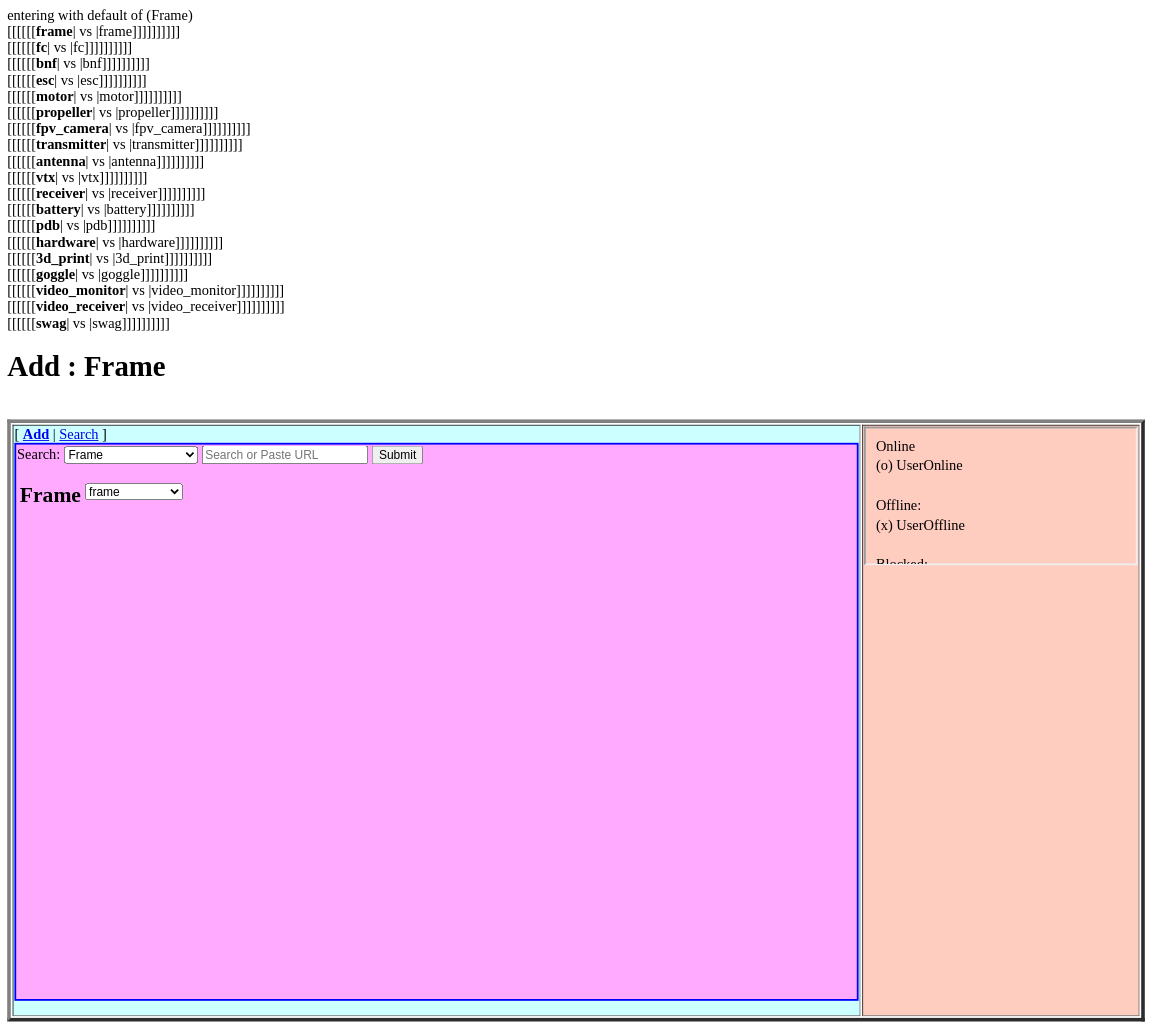
Repository: nevinleiby/SwapRC
Page: http://localhost/add_interface.php
These files come from the project's save history. The page is drawn as it stood at one moment and after the next save; the edit follows.
The browser window is 1280 px wide. The pictures show the whole page, at 90% of full size.
The page is run by PHP 8.4 with error messages shown; the project is at /var/www/html/. Queries for data that is not in the repository find no rows.

Above is the page before, as saved 2019-09-09 12:08:41.
Console error (its wording comes from the project's code and is left out).

### add_interface.php
<?php
    require_once 'login_cobalt.php';
    $connection = new mysqli($hn, $un, $pw, $db);
    if ($connection->connect_error) die ("Fatal Error");

    //$categories =    array (
    //        'frame',
    //        'fc',
    //        'bnf',
    //        'esc',
    //        'motor',
    //        'propeller',
    //    'fpv_camera',
    //    'transmitter',
    //    'antenna',
    //    'vtx',
    //    'receiver',
    //    'battery',
    //    'pdb',
    //    'hardware',
    //    '3d_print',
    //    'goggle',
    //    'video_monitor',
    //    'video_receiver',
    //    'swag'
    //);


    // Define categories:
    $categories =    [
        'frame' => 'frame',
        'fc' => 'fc',
        'bnf' => 'bnf',
        'esc' => 'esc',
        'motor' => 'motor',
        'propeller' => 'propeller',
        'fpv_camera' => 'fpv_camera',
        'transmitter' => 'transmitter',
        'antenna' => 'antenna',
        'vtx' => 'vtx',
        'receiver' => 'receiver',
        'battery' => 'battery',
        'pdb' => 'pdb',
        'hardware' => 'hardware',
        '3d_print' => '3d_print',
        'goggle' => 'goggle',
        'video_monitor' => 'video_monitor',
        'video_receiver' => 'video_receiver',
        'swag' => 'swag'   ,
    ];


    //echo '==================' . isset($_POST['category']) . '=================<br>';
    if (isset($_POST['category']))
    {
        $q_category = $_POST['category'];
        $q_category = strip_tags($q_category);

        switch ($q_category)
        {
            case "frame":
                $table_name = 'frame';
                break;
            case "fc":
                $table_name = 'fc';
                break;
            case "bnf":
                $table_name = 'bnf';
                break;
            case "esc":
                $table_name = 'esc';
                break;
            case "motor":
                $table_name = 'motor';
                break;
            case "propeller":
                $table_name = 'propeller';
                break;
            case "fpv_camera":
                $table_name = 'fpv_camera';
                break;
            case "transmitter":
                $table_name = 'transmitter';
                break;
            case "antenna":
                $table_name = 'antenna';
                break;
            case "vtx":
                $table_name = 'vtx';
                break;
            case "receiver":
                $table_name = 'receiver';
                break;
            case "battery":
                $table_name = 'battery';
                break;
            case "pdb":
                $table_name = 'pdb';
                break;
            case "hardware":
                $table_name = 'hardware';
                break;
            case "3d_print":
                $table_name = '3d_print';
                break;
            case "goggle":
                $table_name = 'goggle';
                break;
            case "3d_print":
                $table_name = '3d_print';
                break;
            case "video_monitor":
                $table_name = 'video_monitor';
                break;
            case "video_receiver":
                $table_name = 'video_receiver';
                break;
            case "swag":
                $table_name = 'swag';
                break;
            default:
                $table_name = 'frame';
                break;
        }
    }
    else
    {
        $table_name = 'frame';
    }
    $category = ucfirst ($table_name);

    //echo '--------------9' . $table_name . '9---------------<br>';


    $query = "SELECT * FROM $table_name";
    $result = $connection->query($query);

    if (! $result) die ("Fatal Error");
    $number_of_rows = $result->num_rows;
    //echo "((($row)))<br>";


    //echo "<br><br>STARTING DATA EXTRACTION [<br>";


    // Step through each result:
    //for ($j = 0; $j < $rows ; ++$j)
    //{
    //   $result->data_seek($j);
    //    //echo .htmlspecialchars ($result->fetch_assoc()['test']) . '<br>';
    //    echo "((" . htmlspecialchars($result->fetch_assoc()['frequency']) . '))<br>';
    //    $result->data_seek($j);
    //    echo "((" . htmlspecialchars($result->fetch_assoc()['number_of_channels']) . '))<br>';
    //}


    //// Step through each result:
    for ($j = 0; $j < $number_of_rows ; ++$j)
    {
        $row = $result->fetch_array(MYSQLI_NUM);

        //echo "((" . htmlspecialchars($row['frequency']) . '))<br>';
        //echo print_f($row);
        for ($item = 0; $item < 10; ++$item)
        {
            echo "Item $item: " . htmlspecialchars($row[$item]) . "<br>\n";
        }

    }
    //echo "]ENDED EXTRACTION<br>";



    /////////////////////////////////////////////////////////////////////////////////////////////////////////////
    /////////////////////////////////////////////////////////////////////////////////////////////////////////////
    /////////////////////////////////////////////////////////////////////////////////////////////////////////////

    //////////////////////////////
    // TRY TO GET TABLE COLUMNS
    //    https://www.codexworld.com/how-to/get-column-names-from-table-in-mysql-php/
    //
    // Ultimately worked by following:
    //    https://stackoverflow.com/questions/4165195/mysql-query-to-get-column-names/4165253
    /////////////////////////////


    // Query to get columns from table
    //$result = $connection->query("SELECT COLUMN_NAME FROM INFORMATION_SCHEMA.COLUMNS WHERE TABLE_SCHEMA = '$db' AND TABLE_NAME = '$table_name'");

    // single column name:
    //$next_row = $result->fetch_assoc();
    //echo $next_row;

    //$next_row = $result->fetch_assoc();
    //echo "<br>ROW: |$next_row|<br>";
    //foreach ($next_row as $column_name)

    //only grabs the first column name:
    //foreach ($next_row = $result->fetch_assoc() as $column_name)
    //{
    //    //$result[] = $next_row;
    //    echo "<br>ROW: |$next_row|[$column_name]<br>";
    //    foreach ($next_row as $column_name_item)
    //    {
    //        echo "-----|$column_name_item|----<br>";
    //    }
    //}

    // Only selects the first column name:
    //foreach ($next_row = $result->fetch_assoc() as $column_name)
    //{
    //    $columns[] = $next_row;
    //    echo "<br>=|$next_row|=<br>";
    //    echo "<br>=|" . $columns[0] . "|=<br>";
    //    print_r ($columns);

    //    // Still grabs only first column name:
    //    //foreach ($columns as $column_name)
    //    //{
    //    //    echo "-=|$column_name|=-<br>";
    //    //}

    //   for ($column_number = 0; $column_number <= 2; $column_number++)
    //    {
    //        echo "====*" . $columns[$column_number] . "*======<br>";
    //    }
    //}


    ///////////// WORKS!!!!!!!!!!!!!!!!!!!!!!!!!!!!
    /// https://stackoverflow.com/questions/4165195/mysql-query-to-get-column-names/4165253
    //$sql = "SHOW COLUMNS FROM $table_name";
    //$result = mysqli_query($connection,$sql);
    //while($row = mysqli_fetch_array($result)){
    //    echo $row['Field']."<br>";
    //}


    // Grab each column name:
    //     (likely could be optomized by INFORMATION_SCHEMA.COLUMNS WHERE TABLE_SCHEMA methology)
    //
    // WORKS!!!!!
    /// https://stackoverflow.com/questions/4165195/mysql-query-to-get-column-names/4165253

    $query = "SHOW COLUMNS FROM $table_name";
    $result = $connection->query($query);

    $search_input_text = '';
    while($row = mysqli_fetch_array($result))
    {
        //echo $row['Field']."<br>";
        //echo '<input onClick="this.select();" type=text name="' . $row['Field'] . '" placeholder="' . $row['Field'] . '"><br>';
        $search_input_text .= '<input onClick="this.select();" type=text name="' . $row['Field'] . '" placeholder="' . $row['Field'] . '"><br>';
    }


    // Read all of the column names:
    //foreach ($next_row = $result->fetch_assoc())
    //{
    //    echo $next_row;
    //}


    //while ($next_row = $result->fetch_assoc())
    //{
    //    $result[] = $next_row;
    //    echo $next_row;
    //}

    // Array of all column names
    //$columnArr = array_column($result, 'COLUMN_NAME');

    /////////////////////////////////////////////////////////////////////////////////////////////////////////////
    /////////////////////////////////////////////////////////////////////////////////////////////////////////////
    /////////////////////////////////////////////////////////////////////////////////////////////////////////////


    // Now generate the available options:
    $select_options_text = select_item($category, $categories);






    $result->close();
    $connection->close();

    ///////////////////////////////////
    // Function definitions
    ///////////////////////////////////
    function get_post ($connection, $var)
    {
        return $connection->real_escape_string($_POST[$var]);
    }


    function select_item ($category, &$categories)
    {

            //echo "category=($category), categories=(" . $categories['vtx'] . ')<br>';
            echo "entering with default of ($category)";

            $return_text = '';
            //foreach ($categories as &$curr_category)
            //for ($i = 0; $i <= $categories; $i++)
            //for ($i = 0; $i <= 2; $i++)
            foreach ($categories as $curr_category)
            {

                $curr_category = $categories[$curr_category];

                //$curr_category = $categories[$i];
                //echo '[[[[' . $categories[2] . ']]]';
                echo '<br>[[[[[[<b>' . $curr_category . '</b>| vs |' . $categories[$curr_category] . ']]]]]]]]]]';

                $return_text .= '<option value = "' . $curr_category . '"';

                // compare the desired category ($category) with the current category:
                if ($curr_category == $category)
                {
                    $return_text .= ' SELECTED ';
                    echo '<br>SELECTED ' . $curr_category . "<br>";
                }

                $return_text .= '>' . $curr_category . '</option>' ."\n";
            }

            return $return_text;
    }



    function add_item ($category)
    {
        switch ($category)
        {
            case "frame":

                break;
            case "fc":

                break;
            case "bnf":

                break;
            case "esc":
                break;
            case "motor":

                break;
            case "propeller":

                break;
            case "fpv_camera":

                break;
            case "transmitter":

                break;
            case "antenna":

                break;
            case "vtx":

                break;
            case "receiver":

                break;
            case "battery":

                break;
            case "pdb":

                break;
            case "hardware":

                break;
            case "3d_print":

                break;
            case "goggle":

                break;
            case "3d_print":

                break;
            case "video_monitor":

                break;
            case "video_receiver":

                break;
            case "swag":

                break;
            default:

                break;
        }
    }




echo <<<_END
<html>
    <title>
        SwapRC:Add
    </title>
    <body>
            <h1>Add : $category</h1>
            <form action="add_interface.php" method="post">

            <br>
            <table border=4 width=100% height=95%>
                <tr border=4 height=95%>
                    <td width = 80% border=2 bgcolor="#ccffff" valign=top height=95%>
                        [
                        <b><a href="./add_interface.php">Add</a></b> |
                        <a href="./search_interface.php">Search</a>
                        ]


                        <br>
                        <table width=100% height=95% bgcolor=blue>
                            <tr height=95% style="height:95%">
                                <td valign=top bgcolor="#ffaaff" style="height:95%">
                                    Search:
                                    <select name="category">
                                            <option value = "frame">Frame</option>
                                            <option value = "fc">Flight Controller</option>
                                            <option value = "esc">ESC</option>
                                            <option value = "motor">Motors</option>
                                            <option value = "propeller">Propeller</option>
                                            <option value = "fpv_camera">FPV Camera</option>
                                            <option value = "transmitter">Transmitter</option>
                                            <option value = "antenna">Antenna</option>
                                            <option value = "vtx">VTX</option>
                                            <option value = "receiver">Receiver</option>
                                            <option value = "battery">Battery</option>
                                            <option value = "pdb">PDB</option>
                                            <option value = "hardware">Hardware</option>
                                            <option value = "3d_print">3D Prints</option>
                                            <option value = "goggle">FPV Goggles</option>
                                            <option value = "bnf">BNF frames</option>
                                            <option value = "video_monitor">FPV Video Monitors</option>
                                            <option value = "video_receiver">FPV Video Receivers</option>
                                            <option value = "swag">Swag</option>
                                    </select>
                                    <input onClick="this.select(); type=text name="Name" placeholder="Search or Paste URL">
                                    <input type=submit name="submit">

                                    <br><br>
                                    <table>
                                        <tr>
                                            <td valign=top>
                                                <h2>$category</h2>
                                            </td>
                                            <td valign=top>
                                                $search_input_text



                                                <select name="category2">
                                                    $select_options_text
                                                </select>
                                            </td>
                                        </tr>
                                    </table>

                                </td>




                            </tr>
                        </table>
                        </form>

                    </td>
                    <td border=2 bgcolor="ffccccc" valign=top height=95%>
                        <frameset>
                            <iframe src="./frame_users.html">
                        </frameset>
                    </td>
                </tr>
            </table>
    </body>

</html>
_END;
?>

### login_cobalt.php
<?php
    // login_cobalt.php
    $hn = 'localhost';
    $db = 'swaprc';
    $un = 'nevin';
    $pw = 'kdie4all';
?>

### frame_users.html
<html>
    <title>
        SwapRC : Users
    </title>
    <body>
        <table>
            <tr><td>Online</td></tr>
            <tr><td>(o) UserOnline</td></tr>

            <tr><td>&nbsp;</td></tr>
            <tr><td>Offline:</td></tr>
            <tr><td>(x) UserOffline</td></tr>

            <tr><td>&nbsp;</td></tr>
            <tr><td>Blocked:</td></tr>
            <tr><td>(b) UserBlocked</td></tr>

        </table>
    </body>
</html>

After the next save:
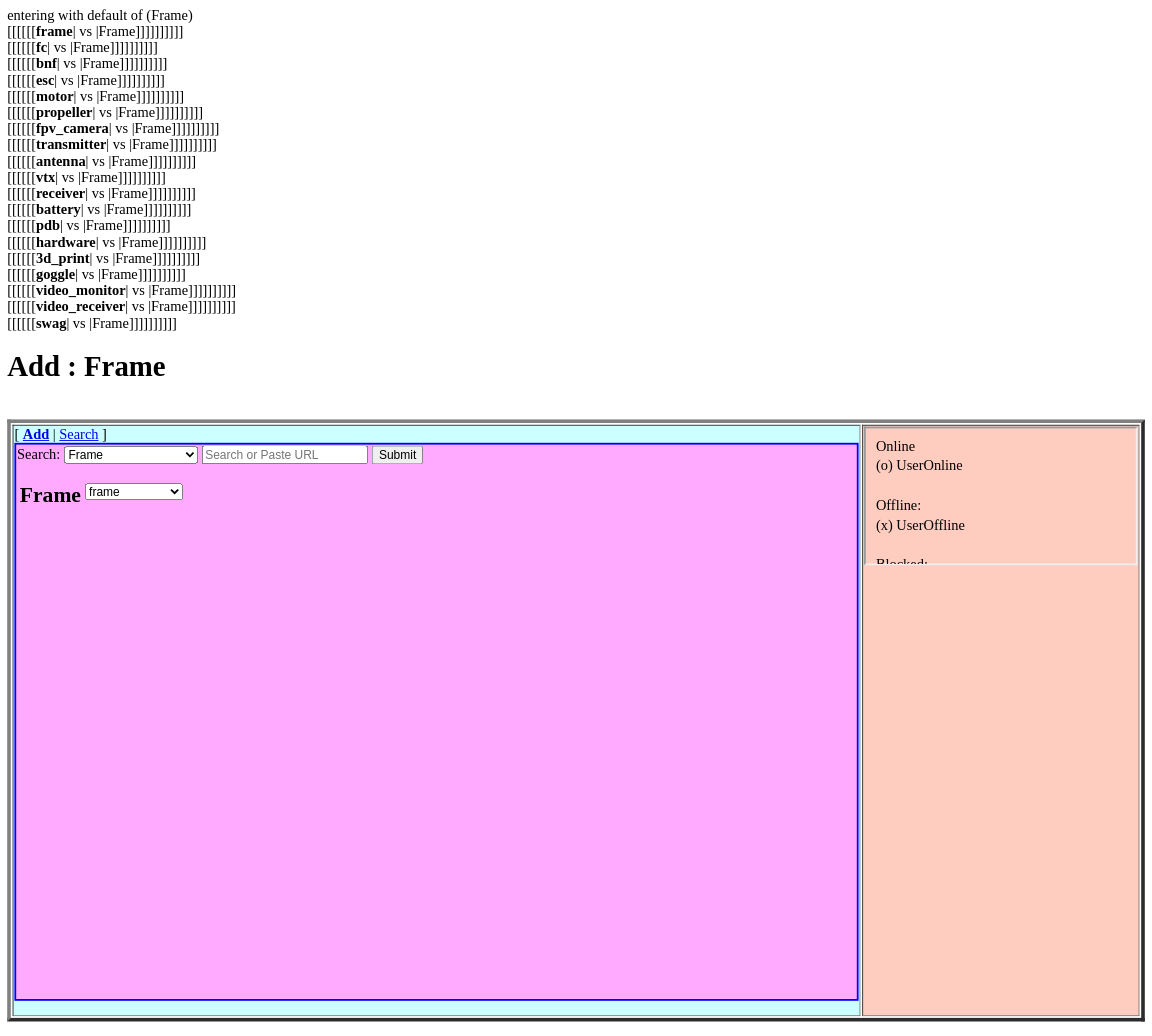
Saved 94 s later.
--- a/add_interface.php
+++ b/add_interface.php
@@ -312,7 +312,8 @@
 
                 //$curr_category = $categories[$i];
                 //echo '[[[[' . $categories[2] . ']]]';
-                echo '<br>[[[[[[<b>' . $curr_category . '</b>| vs |' . $categories[$curr_category] . ']]]]]]]]]]';
+                //echo '<br>[[[[[[<b>' . $curr_category . '</b>| vs |' . $categories[$curr_category] . ']]]]]]]]]]';
+                echo '<br>[[[[[[<b>' . $curr_category . '</b>| vs |' . $category . ']]]]]]]]]]';
 
                 $return_text .= '<option value = "' . $curr_category . '"';
 
